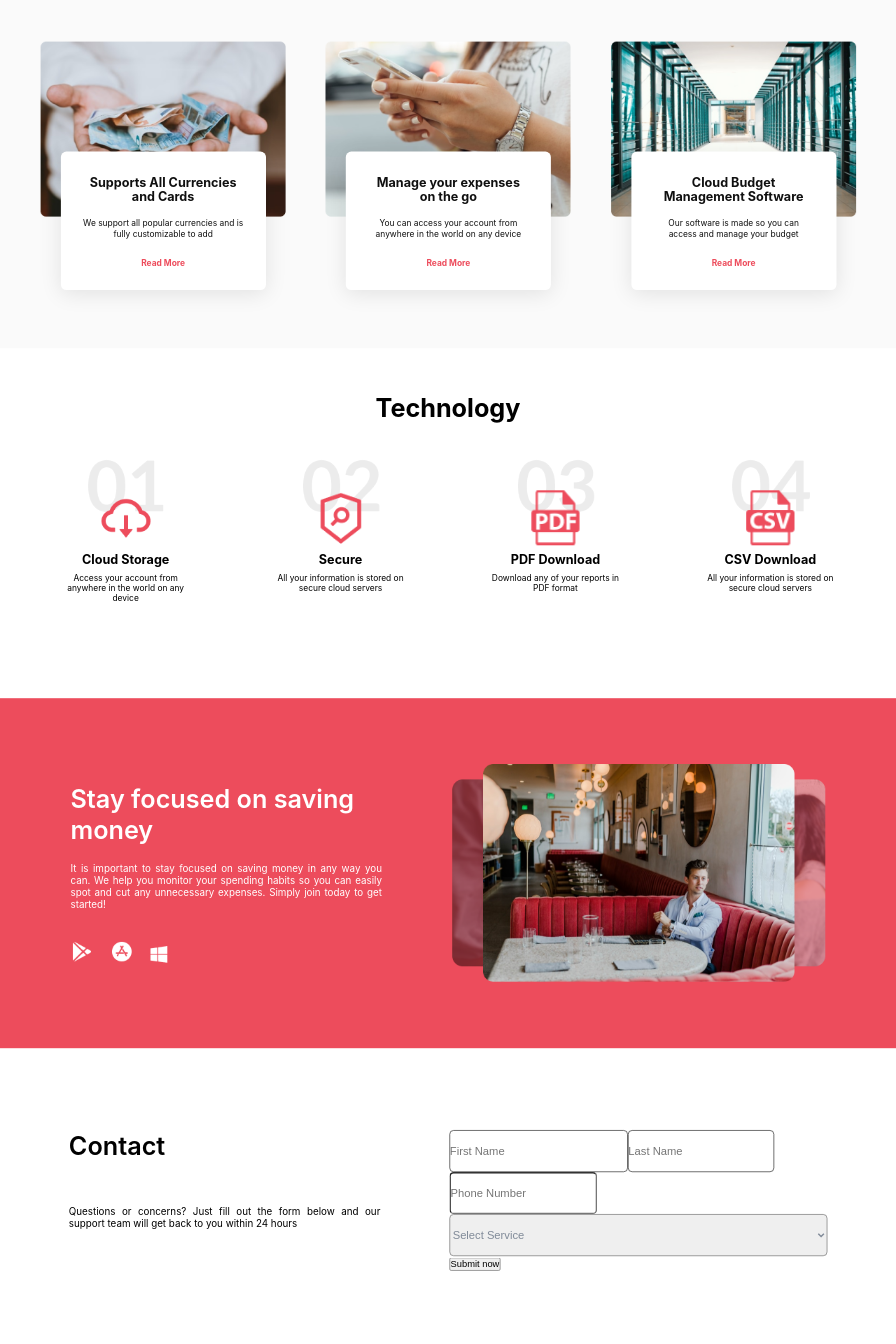
Repository: Ola-22/cloudBudget
Page: /
These files come from the project's save history. The page is drawn as it stood at one moment and after the next save; the edit follows.
The browser window is 1280 px wide. The pictures show the part of the page from y = 1478 to 3398 px (the page is 3398 px tall), at 70% of full size.
The project was rebuilt for these pictures with package versions that can differ from the ones it lists, and the page was loaded fresh each time.

Above is the page before, as saved 2021-09-14 11:27:08.

### src/App.js
import "./App.css";
import {
  Navbar,
  MainContent,
  VideoSection,
  Features,
  Technology,
  AppDownload,
  Contact,
} from "./components/component-path";

function App() {
  return (
    <div className="App">
      <div
        className="app-main"
        style={{
          backgroundImage:
            "linear-gradient(90deg, rgba(213, 32, 71, 0.8) 0%, rgba(238, 61, 27, 0.8) 100%),url(/images/bg.png)",
          height: "782px",
        }}
      >
        <Navbar />
        <MainContent />
      </div>
      <VideoSection />
      <Features />
      <Technology />
      <AppDownload />
      <Contact />
    </div>
  );
}

export default App;

### src/App.css
*{
  margin: 0;
  padding: 0;
  box-sizing: border-box;
}

.app-main{
  /* height: 782px; */
  background-position: center;
  background-repeat: no-repeat;
  background-size: cover;
  position: relative;
}

### src/Components/component-path.js
export { default as Navbar } from "./Navbar";
export { default as MainContent } from "./MainContent";
export { default as VideoSection } from "./VideoSection";
export { default as Features } from "./Features";
export { default as Technology } from "./Technology";
export { default as AppDownload } from "./AppDownload";
export { default as Contact } from "./Contact";

### src/Components/Navbar/index.jsx
import "./style.scss";
import { Link, BrowserRouter as Router } from "react-router-dom";

function Navbar() {
  return (
    <div className="nav-main">
      <div className="nav-box">
        <img src="/images/Vector.png" alt="" />
        <h3>CLOUDBUDGET</h3>
      </div>
      <Router>
        <nav>
          <Link to="/">overview</Link>
          <Link to="/">features</Link>
          <Link to="/">technology</Link>
          <Link to="/">contact</Link>
          <Link to="/">sign up</Link>
        </nav>
      </Router>
      <div style={{ display: "flex", cursor: "pointer" }}>
        <div className="flag-box">
          <img src="/images/flag.png" alt="" />
          <h4>EN</h4>
          <img src="/images/vector2.png" alt="" />
        </div>
        <button>Login</button>
      </div>
    </div>
  );
}

export default Navbar;

### src/Components/MainContent/index.jsx
import "./style.css";

export default function MainContent() {
  return (
    <div className="main-content">
      <h1>CloudBudget</h1>
      <p>
        Cloud budget management for everyone. Only €69.95 a Month After a 7 Day
        Trial of
        <br /> Up to €4.99
      </p>
      <button>sign up</button>
    </div>
  );
}

### src/Components/VideoSection/index.jsx
import "./style.scss";

export default function VideoSection() {
  return (
    <div className="videoMain">
      <div className="video-content">
        <h2>Easy to Use Cloud Budget Management Software</h2>
        <p>
          Our software is made so you can access and manage your budget and
          expenses online at any time from any device. It provides detailed
          income and expense reports with graphs so you can easilly see your
          spending patterns and budget at a glance. Read below to find out more.
        </p>
        <a href="#">Learn More</a>
      </div>
      <div>
        <img src="/images/play.png" alt="" />
        <img src="/images/Video_bg.png" alt="" />
      </div>
    </div>
  );
}

### src/Components/Features/index.jsx
import FeaturesCard from "./FeaturesCard";
import "./style.scss";

export default function Features() {
  return (
    <div className="features-main">
      <h1>Features</h1>
      <div>
        <FeaturesCard
          src="/images/features1.png"
          title="Supports All Currencies and Cards"
          paragraph="We support all popular currencies and is fully customizable to add"
          readmore="Read More"
        />
        <FeaturesCard
          src="/images/features2.png"
          title="Manage your expenses on the go"
          paragraph="You can access your account from anywhere in the world on any device"
          readmore="Read More"
        />
        <FeaturesCard
          src="/images/features3.png"
          title="Cloud Budget Management Software"
          paragraph="Our software is made so you can access and manage your budget"
          readmore="Read More"
        />
      </div>
    </div>
  );
}

### src/Components/Technology/index.jsx
import "./style.scss";
import TechCard from "./TechCard";

export default function Technology() {
  return (
    <div className="tech-main">
      <h1>Technology</h1>
      <div>
        <TechCard
          src="/images/tech1.png"
          title="Cloud Storage"
          paragraph="Access your account from anywhere in the world on any device"
          background="01.png"
        />
        <TechCard
          src="/images/tech2.png"
          title="Secure"
          paragraph="All your information is stored on secure cloud servers"
          background="02.png"
        />
        <TechCard
          src="/images/tech3.png"
          title="PDF Download"
          paragraph="Download any of your reports in PDF format"
          background="03.png"
        />
        <TechCard
          src="/images/tech4.png"
          title="CSV Download"
          paragraph="All your information is stored on secure cloud servers"
          background="04.png"
        />
      </div>
    </div>
  );
}

### src/Components/AppDownload/index.jsx
import "./style.scss";

export default function AppDownload() {
  return (
    <div className="download-main">
      <div>
        <h1>Stay focused on saving money</h1>
        <p>
          It is important to stay focused on saving money in any way you can. We
          help you monitor your spending habits so you can easily spot and cut
          any unnecessary expenses. Simply join today to get started!
        </p>
        <img src="/images/playstore.png" alt="" />
        <img src="/images/applestore.png" alt="" />
        <img src="/images/windows.png" alt="" />
      </div>
      <div>
        <div>
          <img src="/images/Video_bg3.png" alt="" />
          <img src="/images/Video_bg2.png" alt="" />
        </div>
        <img src="/images/Video_bg1.png" alt="" />
      </div>
    </div>
  );
}

### src/Components/Contact/index.jsx
import "./style.scss";
import Input from "./Input";

export default function Contact() {
  return (
    <div className="contact-main">
      <div>
        <h4>Contact</h4>
        <p>
          Questions or concerns? Just fill out the form below and our support
          team will get back to you within 24 hours
        </p>
      </div>
      <div>
        <div>
          <Input
            name="first_name"
            id="first_name"
            type="text"
            // onChange={this.handleChange}
            // value={email}
            placeholder="First Name"
          />
          <Input
            name="last_name"
            id="last_name"
            type="text"
            // onChange={this.handleChange}
            // value={email}
            placeholder="Last Name"
          />
        </div>
        <div>
          <Input
            name="phone"
            id="phone"
            type="text"
            // onChange={this.handleChange}
            // value={email}
            placeholder="Phone Number"
          />
        </div>

        <select name="service" id="service">
          <option value="other">Select Service</option>
          <option value="other">other</option>
          <option value="other">other</option>
          <option value="other">other</option>
        </select>
        <button>Submit now</button>
      </div>
    </div>
  );
}

### src/Components/Navbar/style.scss
@import "../../styles/variables.scss";

.nav-main{
  display: flex;
  align-items: center;
  justify-content: space-around;
  padding-top: 52px;
  & >nav{
    display: flex;
    & >a {
      margin-left: 20px;
      text-transform: uppercase;
      color: $whiteColor;
      font-size: 14px;
      text-decoration: none;
    }
  }

  & button{
    width: 100px;
    height: 40px;
    background-color: transparent;
    border-radius: 6px;
    border: 1px solid $whiteColor;
    font-size: 14px;
    text-transform: uppercase;
    color: $whiteColor;
    margin-inline-start: 28.81px;
    margin-inline-end: 28px;
  }
}

.nav-box{
  display: flex;
  // margin-left: 5%;
  & > h3{
    font-size: 18px;
    margin-left: 9.9px;
    color: white;
  }
}

.flag-box{
  display: flex;
  align-items: center;
  width: 96px;
  & > h4{
    font-size: 14px;
    color: $whiteColor;
    margin-inline-start: 13.81px;
    margin-inline-end: 13.81px;
  }
}

### src/Components/MainContent/style.css
.main-content {
  display: -webkit-box;
  display: -ms-flexbox;
  display: flex;
  -webkit-box-align: center;
      -ms-flex-align: center;
          align-items: center;
  -webkit-box-orient: vertical;
  -webkit-box-direction: normal;
      -ms-flex-direction: column;
          flex-direction: column;
  color: #ffffff;
  margin-top: 158px;
}

.main-content > h1 {
  font-size: 72px;
  text-transform: uppercase;
  margin-left: 18px;
  letter-spacing: 0.05em;
}

.main-content > p {
  font-size: 24px;
  width: 540px;
  height: 124px;
  font-weight: 600;
  overflow-wrap: break-word;
  text-align: center;
  margin: 0;
}

.main-content > button {
  background-color: #ffffff;
  border-radius: 6px;
  width: 160px;
  height: 50px;
  font-size: 14px;
  text-transform: uppercase;
  color: #ED4C5C;
  border: none;
  font-weight: 600;
  cursor: pointer;
}
/*# sourceMappingURL=style.css.map */

### src/Components/VideoSection/style.scss
@import "../../styles/variables.scss";

.videoMain{
  display: flex;
  justify-content: space-around;
  margin-top: 94px;
  height: 500px;
  flex-wrap: wrap;
  & > div:last-of-type{
    position: relative;
    & img:first-of-type{
      border: 1px solid $btnColor;
      background-color: $btnColor;
      border-radius: 50%;
      padding: 20px;
      // width: 18px;
      position: absolute;
      margin-top: 123px;
      left: -32px;
    }
  }
}

.video-content{
  width: 445px;
  & > h2{
    font-size: 36px;
    line-height: 43px;
    margin-top: 46px;
    font-weight: 600;
  }
  & > p{
    font-size: 14px;
    text-align: justify;
    margin: 24px 0;
  }
  & > a{
    color: $btnColor;
    font-size: 14px;
    text-decoration: none;
  }
}

### src/Components/Features/FeaturesCard/index.js
import "./style.scss";

export default function FeaturesCard({ src, title, paragraph, readmore }) {
  return (
    <div className="features-card">
      <img src={src} alt="" />
      <div>
        <h3>{title}</h3>
        <p>{paragraph}</p>
        <a href="#">{readmore}</a>
      </div>
    </div>
  );
}

### src/Components/Features/style.scss
.features-main{
  background-color: #fafafa;
  // padding-top: 60px;
  height: 600px;
  & >h1{
    text-align: center;
    padding-top: 60px;
    padding-bottom: 63px;
  }
  & > div:first-of-type{
    display: flex;
    justify-content: space-evenly;
    height: 660px;
    flex-wrap: wrap;
  }
}

### src/Components/Technology/style.scss
.tech-main{
   height: 500px;

   & > h1{
     font-size: 36px;
     text-align: center;
     padding-top: 63px;
     padding-bottom: 52px;
   }

  & > div:first-of-type{
    display: flex;
    justify-content: space-evenly;
    flex-wrap: wrap;
  }
}

### src/Components/Technology/TechCard/index.jsx
import "./style.scss";

export default function TechCard({ src, title, paragraph, background }) {
  return (
    <div
      className="tech-card"
      style={{
        backgroundImage: `url(/images/${background}`,
        backgroundRepeat: "no-repeat",
        position: "relative",
        backgroundPosition: "center top",
      }}
    >
      <img src={src} alt="" />
      <h2>{title}</h2>
      <p>{paragraph}</p>
    </div>
  );
}

### src/Components/AppDownload/style.scss
@import "../../styles/variables.scss";

.download-main{
  background-color: $btnColor;
  height: 500px;
  color: $whiteColor;
  display: flex;
  justify-content: space-evenly;
  position: relative;
  &>div:first-of-type{
    width: 445px;
    & > h1{
      margin-top: 122px;
      width: 445px;
      font-size: 36px;
      font-weight: 600;
      margin-bottom: 24px;
    }
    & >p{
      margin-bottom: 44px;
      font-size: 14px;
      text-align: justify;
    }
    & > img:not(:first-of-type){
      margin-left: 25px;
    }
  }
  &>div:last-of-type{
    width: 533px;
    position: relative;
    padding-top: 116px;
    & > div {
    display: flex;
    position: relative;
    & >img:first-of-type{
      position: absolute;
      left: 150px;
    }
    }
    & > img{
      position: absolute;
      left: 44px;
      top: 94px;
    }
  }
}

### src/Components/Contact/style.scss
.contact-main{
  display: flex;
  margin-top: 117px;
  justify-content: space-evenly;
  &> div:first-of-type{
    width: 445px;
    height: 160px;
    & > h4{
      font-size: 36px;
      font-weight: 600;
      height: 107px;
    }
    & >p{
      height: 64px;
      font-size: 14px;
      text-align: justify;
    }
  }
  &>div:last-of-type{
    width: 540px;
    height: 305px;

    & input, & select{
       height: 60px;
       border-radius: 6px;
       font-size: 16px;
       color: rgba(19,39,67,0.5);
    }

    & >input, & >select{
      width: 540px;
    }

    &>div:first-of-type{
       &  input{
      border: 1px solid #333333;


      &:not(:last-of-type){
        width: 255px;
      }
    }
    }


  }
}

### src/Components/Contact/Input/index.jsx
// import React from "react";

export default function Input({
  name,
  type,
  onChange,
  value,
  placeholder,
  id,
}) {
  return (
    <>
      <input
        name={name}
        type={type}
        id={id}
        onChange={onChange}
        value={value}
        placeholder={placeholder}
        className="inputLog"
      />
    </>
  );
}

### src/styles/variables.scss
$whiteColor: #ffffff;
$blackColor: #000000;
$orangeColor: #EE3D1B;
$pinkColor: #D52047;
$btnColor: #ED4C5C;

### src/Components/Features/FeaturesCard/style.scss
@import "../../../styles/variables.scss";


.features-card{
  position: relative;
  text-align: center;
  & > div{
    background-color: $whiteColor;
    position: absolute;
    top: 157px;
    width: 293px;
    height: 198px;
    left: 29px;
    box-shadow: 0px 5px 30px rgba(0, 0, 0, 0.1);
    display: flex;
    flex-direction: column;
    align-items: center;
    color: #101010;
    border-radius: 8px;
    & > h3{
      margin-top: 33px;
      margin-bottom: 20px;
      font-size: 18px;
      width: 229px;
    }
    & > p{
      font-size: 12px;
      width: 229px;
      height: 57px;
    }
    & > a{
      color: $btnColor;
      font-size: 12px;
      font-weight: bold;
      text-decoration: none;
    }
  }
}

### src/Components/Technology/TechCard/style.scss
.tech-card{
  width: 255px;
  height: 226px;
  display: flex;
  flex-direction: column;
  align-items: center;
  flex-wrap: wrap;
  & > img{
    margin-top: 44px;
    width: 80px;
    height: 80px;
    object-fit: contain;
  }
  & >h2{
    font-size: 18px;
    margin-bottom: 10px;
    margin-top: 8px;
  }
  & > p{
    font-size: 12px;
    width: 191px;
    height: 51px;
    text-align: center;
    line-height: 14px;
  }
}

Loaded but not shown: public/index.html (common file); src/index.js (common file); src/index.css (common file); src/reportWebVitals.js (common file)

After the next save:
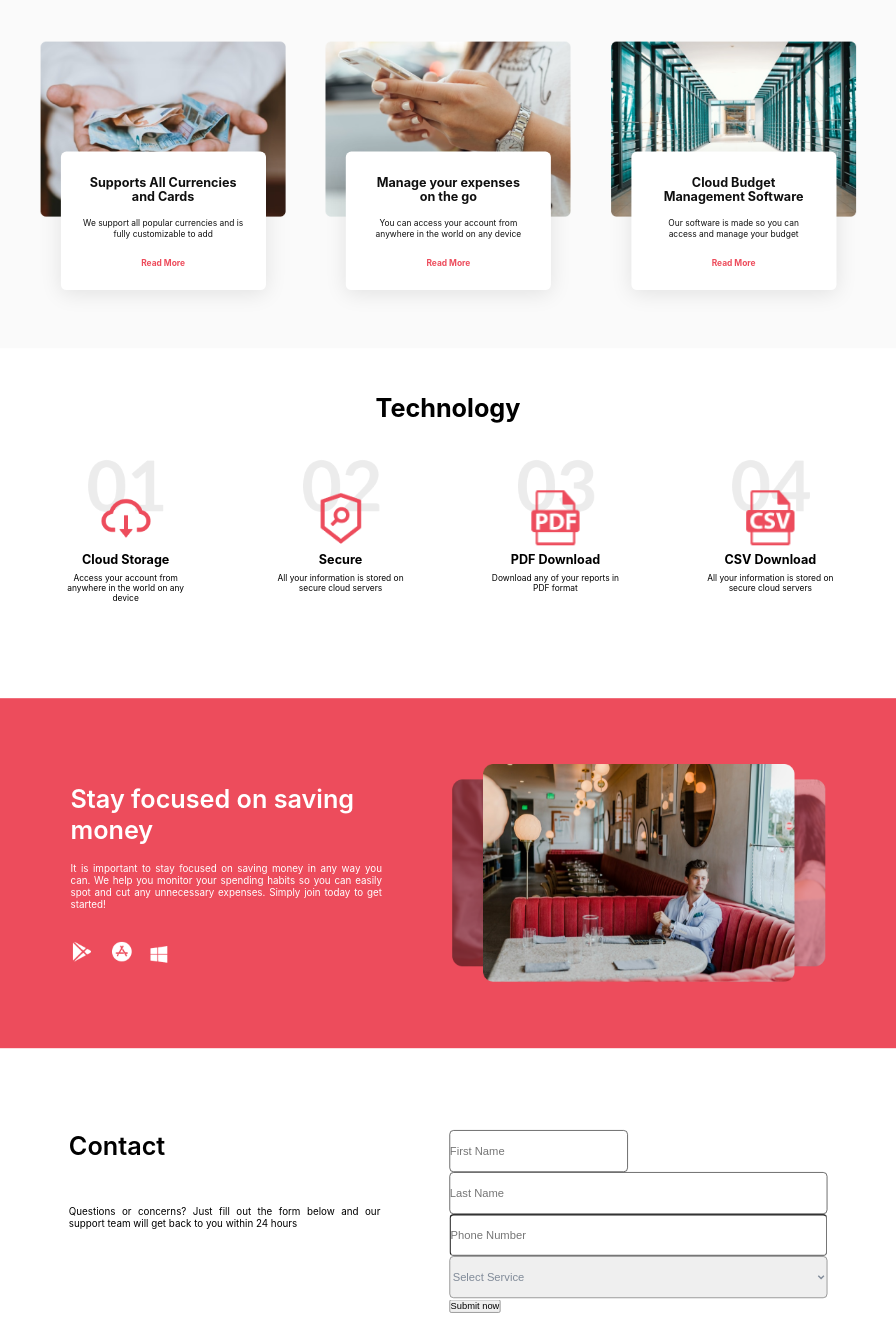
Saved 40 s later.
--- a/src/Components/Contact/style.scss
+++ b/src/Components/Contact/style.scss
@@ -27,7 +27,7 @@
        color: rgba(19,39,67,0.5);
     }
 
-    & >input, & >select{
+    & input, & >select{
       width: 540px;
     }
 
